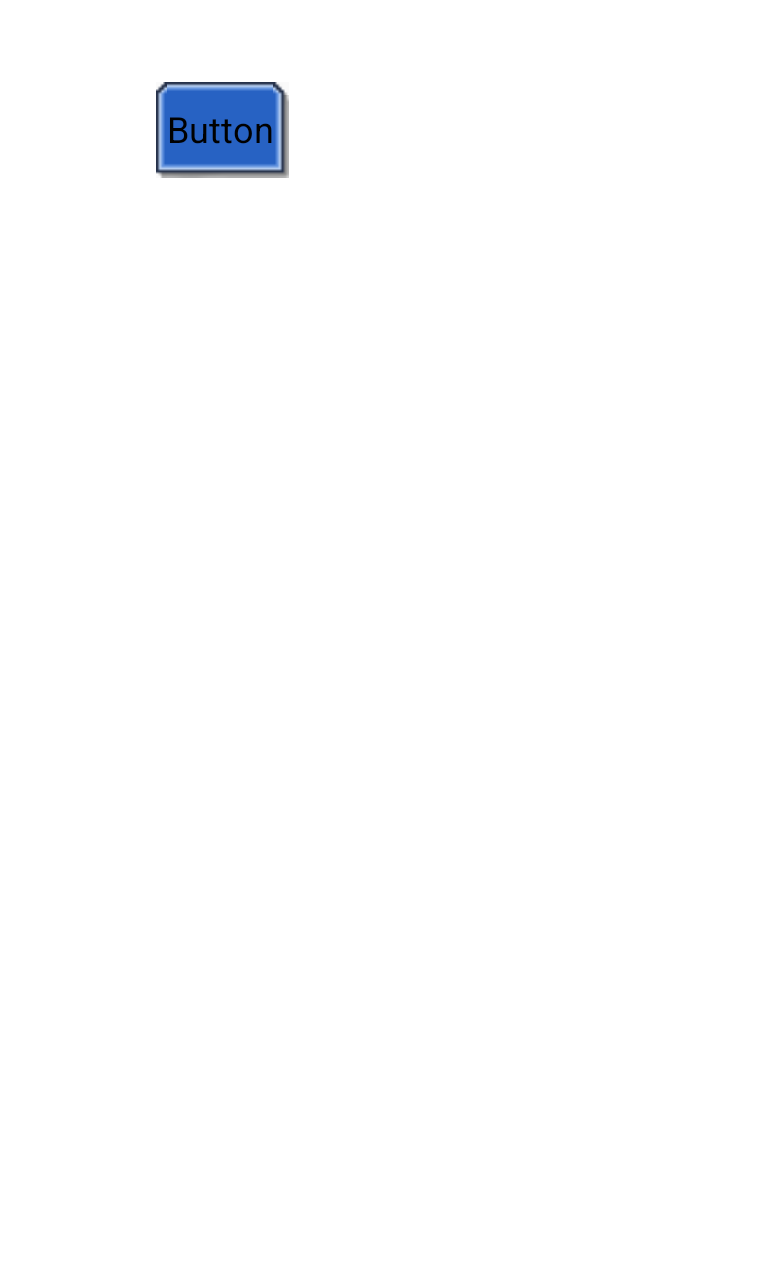
Repository: CMPUT301W13T11/classproject
Layout: FoodBook/res/layout/activity_main_screen.xml
An editor plug-in stored every save of this project. The layout is shown before and after the next save, followed by the edit.
It is drawn on a 768 x 1280 px phone screen (xhdpi) without system bars, with theme AppTheme; the app's code is not run.

Above is the layout before, as saved 2013-03-06 02:14:26.

### FoodBook/res/layout/activity_main_screen.xml
<RelativeLayout xmlns:android="http://schemas.android.com/apk/res/android"
    xmlns:tools="http://schemas.android.com/tools"
    android:layout_width="match_parent"
    android:layout_height="match_parent"
    tools:context=".MainScreen" >

    <Button
        android:id="@+id/button1"
        android:layout_width="wrap_content"
        android:layout_height="wrap_content"
        android:layout_alignParentLeft="true"
        android:layout_alignParentTop="true"
        android:layout_marginLeft="78dp"
        android:layout_marginTop="41dp"
        android:background="@drawable/button_style1"
        android:text="Button" />

</RelativeLayout>

### FoodBook/res/values/styles.xml
<resources>

    <!--
        Base application theme, dependent on API level. This theme is replaced
        by AppBaseTheme from res/values-vXX/styles.xml on newer devices.
    -->
    <style name="AppBaseTheme" parent="android:Theme.Light">
        <!--
            Theme customizations available in newer API levels can go in
            res/values-vXX/styles.xml, while customizations related to
            backward-compatibility can go here.
        -->
    </style>

    <!-- Application theme. -->
    <style name="AppTheme" parent="AppBaseTheme">
        <!-- All customizations that are NOT specific to a particular API-level can go here. -->
    </style>

    <style name="styleName" parent="android:Widget.Holo.Light.Button">
        <item name="android:layout_marginLeft">17dp</item>
    </style>
</resources>

Loaded but not shown: FoodBook/res/values-v11/styles.xml (common file); FoodBook/res/values-v14/styles.xml (common file)

After the next save:
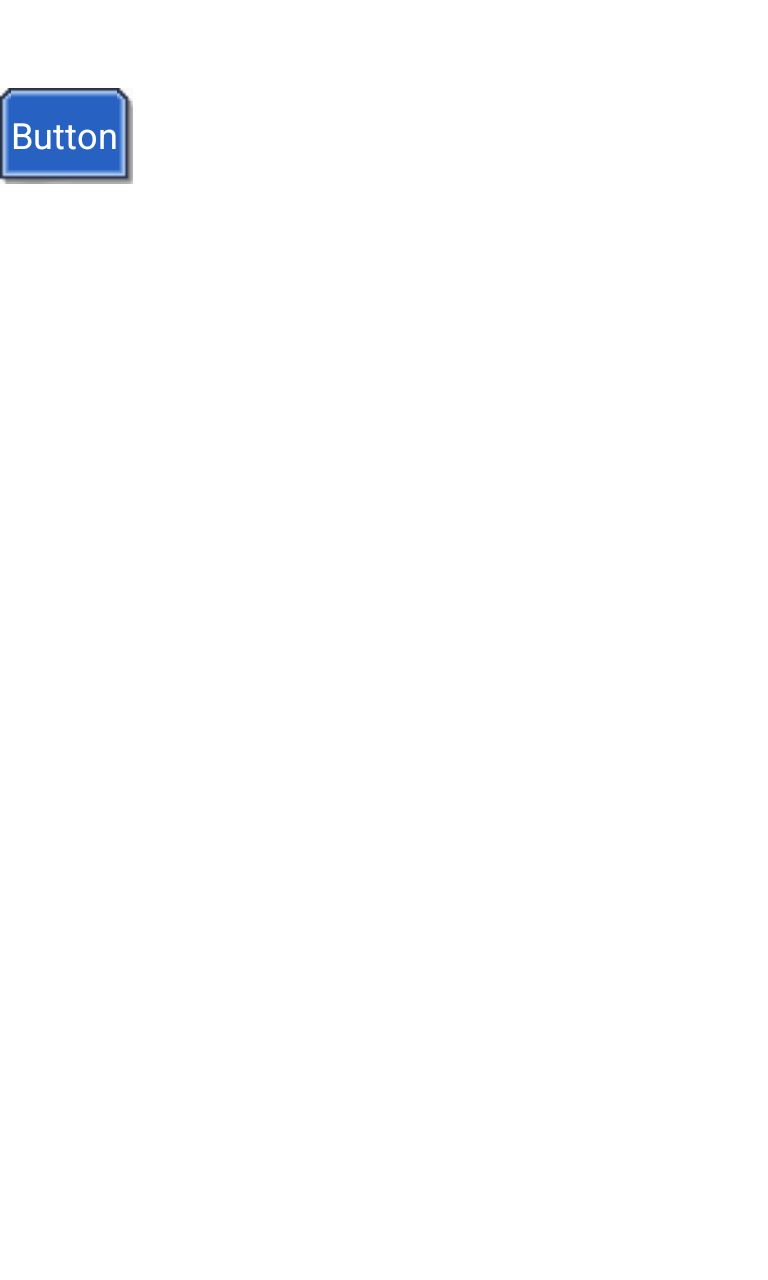
Saved 2 min 30 s later.
--- a/FoodBook/res/layout/activity_main_screen.xml
+++ b/FoodBook/res/layout/activity_main_screen.xml
@@ -8,11 +8,10 @@
         android:id="@+id/button1"
         android:layout_width="wrap_content"
         android:layout_height="wrap_content"
-        android:layout_alignParentLeft="true"
         android:layout_alignParentTop="true"
-        android:layout_marginLeft="78dp"
-        android:layout_marginTop="41dp"
+        android:layout_marginTop="44dp"
         android:background="@drawable/button_style1"
-        android:text="Button" />
+        android:text="Button"
+        android:textColor="#FFFFFF"/>
 
 </RelativeLayout>
